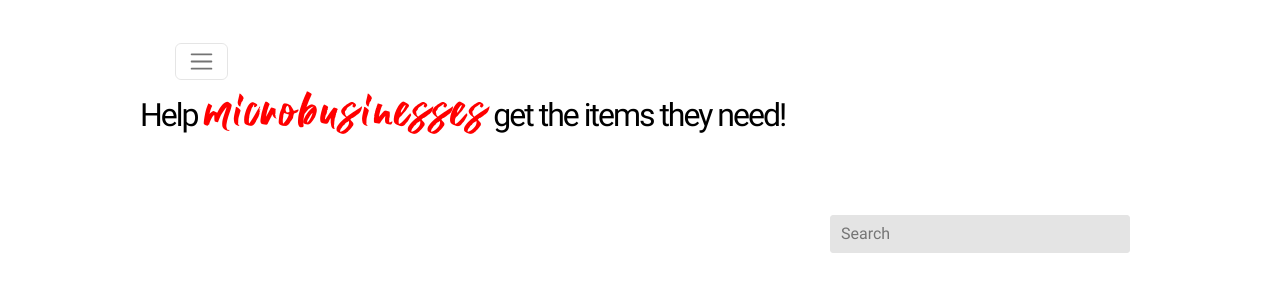
Repository: David-Waite/edableStyleChanges
Page: /
An editor plug-in stored every save of this project. The page is shown before and after the next save, followed by the edit.
The browser window is 1280 px wide. The pictures show the whole page.
The project was rebuilt for these pictures with package versions that can differ from the ones it lists, and the page was loaded fresh each time. Also part of the build but not shown: src/components/Item/ProgressBar.css, src/components/Volunteer/Volunteer.tsx, src/components/DonorForm/Message.css, src/components/Volunteer/VolunteerError.tsx, src/components/Default.tsx, src/components/DonorForm/Paypal.tsx, src/components/DonorForm/DonorForm.tsx, src/components/Organisation/Organisation.module.css and 9 more.

Above is the page before, as saved 2022-10-27 17:46:16.

### public/index.html
<!DOCTYPE html>
<html lang="en">
  <head>
    <meta charset="utf-8" />
    <link rel="icon" href="%PUBLIC_URL%/favicon.ico" />
    <meta name="viewport" content="width=device-width, initial-scale=1" />
    <meta name="theme-color" content="#000000" />
    <meta name="description" content="EdAble Donations System" />
    <link rel="apple-touch-icon" href="%PUBLIC_URL%/logo192.png" />
    <link rel="manifest" href="%PUBLIC_URL%/manifest.json" />
    <link
      rel="stylesheet"
      href="https://cdn.jsdelivr.net/npm/bootstrap@5.2.0-beta1/dist/css/bootstrap.min.css"
      integrity="sha384-0evHe/X+R7YkIZDRvuzKMRqM+OrBnVFBL6DOitfPri4tjfHxaWutUpFmBp4vmVor"
      crossorigin="anonymous"
    />
    <title>EdAble Donations</title>
  </head>
  <body>
    <noscript>You need to enable JavaScript to run this app.</noscript>
    <div id="root"></div>
  </body>
  <script src="./iframeResizer.contentWindow.min.js"></script>
</html>

### src/index.tsx
import React from 'react';
import ReactDOM from 'react-dom/client';
import './index.css';
import App from './App';
import reportWebVitals from './reportWebVitals';
import './fonts/Roboto/Roboto-Medium.ttf';
import './fonts/Lora/Lora-VariableFont_wght.ttf';

const root = ReactDOM.createRoot(
  document.getElementById('root') as HTMLElement
);
root.render(
  <React.StrictMode>
    <App />
  </React.StrictMode>
);

// If you want to start measuring performance in your app, pass a function
// to log results (for example: reportWebVitals(console.log))
// or send to an analytics endpoint. Learn more: https://bit.ly/CRA-vitals
reportWebVitals();

### src/index.css
body {
  margin: 0;
  -webkit-font-smoothing: antialiased;
  -moz-osx-font-smoothing: grayscale;
}

code {
  font-family: source-code-pro, Menlo, Monaco, Consolas, "Courier New",
    monospace;
}

* {
  box-sizing: border-box;
}

#page-wrap {
  padding-bottom: 10px;
  padding-top: 10px;
}
@font-face {
  font-family: "Roboto";
  src: local("Roboto"),
    url("./fonts/Roboto/Roboto-Medium.ttf") format("truetype");
}

@font-face {
  font-family: "Lora";
  src: local("Lora"),
    url("./fonts/Lora/Lora-VariableFont_wght.ttf") format("truetype");
}

@font-face {
  font-family: "black_stonealternative";
  src: local("blackStone"),
    url("./fonts/BlackStone/blackstone-alternative-webfont.woff") format("woff");
}

h1 {
  font-family: "Roboto";
  font-style: normal;
  font-weight: 700;
  font-size: 52px;
  line-height: 64px;
  /* identical to box height, or 123% */
  color: #000000;
}

h2 {
  font-family: "Lora";
  font-style: normal;
  font-weight: 700;
  font-size: 47px;
  line-height: 60px;
  /* identical to box height, or 128% */
  color: #f1f1f1;
}

h3 {
  font-family: "Lora";
  font-style: normal;
  font-weight: 700;
  font-size: 40px;
  line-height: 51px;
  color: #c4c4c4;
}

h4 {
  font-family: "Roboto";
  font-style: normal;
  font-weight: 700;
  font-size: 35px;
  line-height: 43px;
  /* identical to box height, or 123% */
  letter-spacing: 0.02em;
  color: #000000;
}

h5 {
  font-family: "Roboto";
  font-style: normal;
  font-weight: 700;
  font-size: 28px;
  line-height: 44px;
  /* identical to box height, or 157% */
  color: #000000;
}

h6 {
  font-family: "Roboto";
  font-style: normal;
  font-weight: 700;
  font-size: 21px;
  line-height: 25px;
  /* identical to box height */
  color: #000000;
}

body {
  font-family: "Roboto";
  font-style: normal;
  font-weight: 400;
  font-size: 21px;
  line-height: 32px;
  /* identical to box height, or 152% */
  color: #000000;
}

### src/App.tsx
import React from "react";
import "./App.css";
import { BrowserRouter, Routes, Route } from "react-router-dom";

import { PayPalScriptProvider } from "@paypal/react-paypal-js";
import Base from "./components/Base";
import Landing from "./components/Landing/Landing";
import Volunteer from "./components/Volunteer/Volunteer";
import VolunteerError from "./components/Volunteer/VolunteerError";
import Default from "./components/Default";
import Organisation from "./components/Organisation/Organisation";
import ItemPage from "./components/Item/ItemPage";
import Success from "./components/DonorForm/Success";
import Cancel from "./components/DonorForm/Cancel";
import PastDonations from "./components/DonorForm/PastDonations";
import PastItemDonations from "./components/DonorForm/PastItemDonations";
import DonateTime from "./components/Volunteer/DonateTime";

function App() {
  return (
    <PayPalScriptProvider
      options={{
        "client-id":
        process.env.REACT_APP_PAYPAL_CLIENT_ID||"ATT3Tn46NrmHggGqVC4mzWOZWlnbp2ID9DA0yQnhsgqPFIVPPlLhfSI_-atbZc3aN7n_k7wUVTyQJMnI",
        currency: "AUD",
      }}
    >
      <BrowserRouter>
        <Routes>
          <Route path="/" element={<Base />}>
            <Route path="/" element={<Landing />} />
            <Route path="volunteer" element={<Volunteer />} />
            <Route path="success" element={<Success />} />
            <Route path="organisation/:orgId" element={<Organisation />} />
            <Route path="cancel/:orgId" element={<Cancel />} />
            <Route path="volunteererror/:orgId" element={<VolunteerError />} />
            <Route path="organisation/:orgId" element={<PastDonations />} />
            <Route path="item/:orgID/:itemID" element={<ItemPage />} />
            <Route path="item/:orgID/:itemID" element={<PastItemDonations />} />
            <Route path="volunteer/organisation/:orgId" element={<DonateTime />} />
            <Route path="volunteer/success" element={<Success />} />

            {/* Using path="*"" means "match anything", so this route
                acts like a catch-all for URLs that we don't have explicit
              routes for. */}
            <Route path="*" element={<Default />} />
          </Route>
        </Routes>
      </BrowserRouter>
    </PayPalScriptProvider>
  );
}

export default App;

### src/App.css
.App {
  text-align: center;
}

.App-logo {
  height: 40vmin;
  pointer-events: none;
}

@media (prefers-reduced-motion: no-preference) {
  .App-logo {
    animation: App-logo-spin infinite 20s linear;
  }
}

.App-header {
  background-color: #282c34;
  min-height: 100vh;
  display: flex;
  flex-direction: column;
  align-items: center;
  justify-content: center;
  font-size: calc(10px + 2vmin);
  color: white;
}

.App-link {
  color: #61dafb;
}

@keyframes App-logo-spin {
  from {
    transform: rotate(0deg);
  }
  to {
    transform: rotate(360deg);
  }
}

.font-face-rob {
  font-family: "Roboto";
}

.font-face-lora {
  font-family: "Lora";
}

.font-face-Black {
  font-family: "black_stonealternative";
}

### src/components/Base.tsx
import { Outlet } from 'react-router-dom';

function BasePage() {
  return (
    <>
      {/* An <Outlet> renders whatever child route is currently active,
          so you can think about this <Outlet> as a placeholder for
        the child routes we defined above. */}
      <Outlet/>
    </>
  );
}

export default BasePage;

### src/components/Landing/Landing.tsx
import { useEffect, useState } from "react";
import "./Landing.css";
import { Link } from "react-router-dom";
import { db } from "../../config/firebase";
import { collection, query, onSnapshot, where } from "firebase/firestore";
import { Button, Container, Carousel, Row, Col } from "react-bootstrap";
import { ReactComponent as InclusionHero } from "./InclusionHero.svg";

import Sidebar from "./Sidebar";
import ItemsCollection from "./ItemsCollection";
import Organisation from "../Organisation/Organisation";

function Landing() {
  const [orgList, setOrgList] = useState<any>([]);

  // gets all the orgs from dbs
  useEffect(() => {
    const q = query(
      collection(db, "Organisations"),
      where("activeStatus", "==", true)
    );
    onSnapshot(q, (querySnapshot) => {
      // setOrgList dumps all the orgs in orgList
      setOrgList(
        querySnapshot.docs.map((doc) => ({
          id: doc.id,
          data: doc.data(),
        }))
      );
    });
  }, []);

  useEffect(() => {
    window.scrollTo(0, 0);
  }, []);

  return (
    //   these lines set up the format of the page
    <>
      <div className="landing">
        {/* Burger menu */}
        <div className="navBarContainer">
          <Sidebar orgList={orgList} />
        </div>

        <div className="App" id="outer-container">
          {/* Carousel */}
          <Container>
            <Row>
              <Col>
                <div className="carouselContainer">
                  <Carousel
                    touch={true}
                    interval={4000}
                    indicators={true}
                    variant="light"
                  >
                    {orgList.map((org: any) => (
                      <Carousel.Item
                        key={org.id.toString()}
                        style={{
                          textAlign: "left",
                        }}
                      >
                        <Link
                          to={`organisation/${org.id}`}
                          style={{
                            textDecoration: "none",
                            color: "black",
                          }}
                        >
                          {/* this div contains the carousel item's contents and makes the whole carousel item a link (based on link tag above) */}
                          <div
                            className="carousel-contents"
                            style={{ backgroundImage: `url(${org.data.img})` }}
                          >
                            <h2 className="title">{org.data.name}</h2>
                            <div className="carousel-contents-bottom">
                              <p className="orgSummary">{org.data.summary}</p>
                              <Button
                                className="btnContribute"
                                variant="warning"
                              >
                                <div>
                                  CONTRIBUTE TO
                                  <span>{org.data.name.toUpperCase()}</span>!
                                </div>
                              </Button>
                            </div>
                          </div>
                        </Link>
                      </Carousel.Item>
                    ))}
                  </Carousel>
                </div>
              </Col>
            </Row>
          </Container>
        </div>

        <ItemsCollection orgList={orgList} />
      </div>
    </>
  );
}

export default Landing;

### src/components/Landing/Landing.css
.carousel-control-next,
.carousel-control-prev {
  width: 10%;
}

/* .landing {
  background-color: #ffffd9;
} */

.landing {
  max-width: 1000px;
  padding-top: 20px;
  margin: 0 auto 90px;
}

.title {
  font-size: 33px;
  font-family: sans-serif;
  height: auto;
  margin-bottom: 0px;
}

.header {
  /* margin-top: 15px;
  margin-left: 20px;
  margin-right: 20px; */
  padding-left: 3vw;
  padding-right: 3vw;
  /* padding-bottom: 20px; */
  padding-top: 3vh;
  background-color: black;
}

.star {
  height: 200px;
  width: 400px;
  display: block;
  margin: auto;
}

.col {
  padding: 0;
}

@media screen and (min-width: 100px) {
  h1 {
    font-size: calc(20px + 8vw);
  }

  h3 {
    font-size: calc(15px + 0.8vw);
  }

  p {
    font-size: calc(8px + 1vw);
    font-weight: 250;
  }
}

.navBarContainer {
  margin-left: 30px;
  margin-top: 10px;
  position: absolute;
  color: white;
}

.carousel {
  /* margin: 3px; */
  /* border-radius: 30px; */

  color: white;
  /* height: ; */
}

.carousel-contents {
  display: flex;

  flex-direction: column;
  justify-content: flex-end;

  padding: 10px 25px;
  color: white;
  height: 500px;
}

.carousel-indicators {
  margin-bottom: 10px;
}

.carousel-contents-bottom {
  display: flex;
  align-items: center;
  justify-content: space-between;
  gap: 20px;

  margin-bottom: 30px;
}

.btnContribute {
  background-color: #e50040;
  color: white;
  border: none;
  border-radius: 3px;
  padding: 10px 15px;
}

.btnContribute span {
  margin-left: 3px;
  font-size: 16px;
  font-weight: 400;
  color: white;
}

.btnContribute div {
  width: 300px;
  font-size: 16px;
  font-weight: 400;
  margin: 0;
}

.btnContribute:hover {
  background-color: #d4033e;
  color: white;
}

.orgSummary {
  font-size: 16px;
  line-height: 25px;
}

.imgCarousel {
  width: 100%;
  height: 600px;
}
@media screen and (max-width: 770px) {
  .btnContribute {
    font-size: 17px;
    color: white;
  }
  .btn {
    --bs-btn-line-height: 1.75;
  }
}

@media screen and (max-width: 500px) {
  .star {
    height: 150px;
    width: 300px;
  }
  .btnContribute {
    font-size: 15px;
  }
}
@media screen and (max-width: 400px) {
  .btnContribute {
    font-size: 13px;
  }
  .btn {
    --bs-btn-line-height: 1;
  }
}
@media screen and (max-width: 340px) {
  .star {
    height: 100px;
    width: 200px;
  }
  h2 {
    font-size: 20px;
  }
  .orgSummary {
    font-size: 15px;
  }
  .imgCarousel {
    width: 150px;
    height: 150px;
  }
}
@media screen and (max-width: 340px) {
  .navBarContainer {
    margin-left: 20px;
  }
}

/* #carousel-indicators {
    color:rgb(17, 0, 61)
} */

/* Button {
  font-size: x-small;




   <img
                              className="imgCarousel"
                              src={org.data.img}
                              alt={`${org.data.name}` + "'s logo"}
                            />
} */

### src/config/firebase.js
import { initializeApp } from "firebase/app";
import { getFirestore } from "firebase/firestore";
import { initializeAppCheck, ReCaptchaV3Provider } from "firebase/app-check";

const firebaseConfig = {
  apiKey: "AIzaSyDs6EtNxxw7Q9vqGTd9EFzCkpK4aQ9u_dY",
  authDomain: "edable-swinburne.firebaseapp.com",
  projectId: "edable-swinburne",
  storageBucket: "edable-swinburne.appspot.com",
  messagingSenderId: "217658206897",
  appId: "1:217658206897:web:529a69fce1bf349d7ad090",
  measurementId: "G-2R2MP9QZ9F",
};

// Initialize Firebase
const app = initializeApp(firebaseConfig);
const db = getFirestore(app);

// app check
const appCheck = initializeAppCheck(app, {
  provider: new ReCaptchaV3Provider("6LcACHkiAAAAAI-dIVsdXLO9-vrCICsqM5sRRjbJ"),
  isTokenAutoRefreshEnabled: true,
});

export { db };

### src/components/Landing/Sidebar.tsx
import { useState, useEffect } from "react";
import { query, onSnapshot, collection, where } from "firebase/firestore";
import { db } from "../../config/firebase";
import { Link } from "react-router-dom";
import Navbar from "react-bootstrap/Navbar";
import Offcanvas from "react-bootstrap/Offcanvas";

type SidemenuProps = {
  pageWrapId: string;
  outerContainerId: string;
};

function Sidebar(props: any) {
  const [search, setSearch] = useState<string>("");

  const handleChange = (e: React.ChangeEvent<HTMLInputElement>) => {
    setSearch(e.target.value);
  };

  const filteredOrganisations = props.orgList.filter((Organisations: any) =>
    Organisations.data.name.toLowerCase().includes(search.toLowerCase())
  );
  return (
    <>
      <Navbar expand={false}>
        <Navbar.Toggle aria-controls={`offcanvasNavbar-expand`} />
        <Navbar.Offcanvas
          id={`offcanvasNavbar-expand`}
          aria-labelledby={`offcanvasNavbarLabel-expand`}
        >
          <Offcanvas.Header closeButton>
            <Offcanvas.Title
              id={`offcanvasNavbarLabel-expand`}
              style={{
                fontSize: "20px",
              }}
            >
              Social-enterprises supported by EdAble
            </Offcanvas.Title>
          </Offcanvas.Header>
          <Offcanvas.Body>
            <input type="text" onChange={handleChange} placeholder="Search" />
            {filteredOrganisations.map((Organisation: any) => (
              <Link
                style={{
                  textDecoration: "none",
                  color: "black",
                }}
                to={`organisation/${Organisation.id}`}
                key={Organisation.id}
              >
                <br />
                <div>{Organisation.data.name}</div>
              </Link>
            ))}
          </Offcanvas.Body>
        </Navbar.Offcanvas>
      </Navbar>
    </>
  );
}

export default Sidebar;

### src/components/Landing/ItemsCollection.tsx
import { useState, useEffect } from "react";
import {
  collectionGroup,
  query,
  onSnapshot,
  collection,
  where,
  getDocs,
} from "firebase/firestore";
import { db } from "../../config/firebase";
import Card from "react-bootstrap/Card";
import ProgressBar from "react-bootstrap/ProgressBar";
import { Link } from "react-router-dom";
import styles from "./ItemsCollection.module.css";
import "../Item/ProgressBar.css";

function ItemsCollection(props: any) {
  const [itemList, setItemList] = useState<any>([]);
  const [search, setSearch] = useState<string>("");

  useEffect(() => {
    const q = query(
      collectionGroup(db, "Items"),
      where("activeStatus", "==", true)
    );

    onSnapshot(q, async (querySnapshot) => {
      setItemList(
        querySnapshot.docs.map((doc) => ({
          id: doc.id,
          data: doc.data(),
          parentDoc: doc.ref.parent.parent?.id,
        }))
      );
    });
  }, []);

  function mergeLists() {
    const mergeList: any = [];
    itemList.map((item: any) => {
      props.orgList.map((org: any) => {
        if (item.parentDoc === org.id) {
          if (item.data.activeStatus === true) {
            mergeList.push({
              ...item,
              orgName: org.data.name,
              orgActiveStatus: org.data.activeStatus,
            });
          }
        }
      });
    });
    return mergeList;
  }

  const mergeList = mergeLists();

  const handleChange = (e: React.ChangeEvent<HTMLInputElement>) => {
    setSearch(e.target.value);
  };
  const filteredItems = mergeList.filter((item: any) =>
    item.data.name.toLowerCase().includes(search.toLowerCase())
  );
  return (
    <>
      <div className={styles.containerDiv}>
        <h2 className={styles.title}>
          Help <span>microbusinesses</span> get the items they need!
        </h2>
        <div
          className={styles.searchBar}
          style={{
            borderRadius: "3px",
            display: "flex",
            alignItems: "right",
            justifyContent: "right",
          }}
        >
          <input
            style={{ fontSize: "16px" }}
            className={styles.input}
            type="text"
            onChange={handleChange}
            placeholder="Search"
          />
        </div>

        <div className={styles.cardParentDiv}>
          {filteredItems.map((item: any) => (
            <div key={item.id.toString()} className={styles.cards}>
              <img src={item.data.img} alt={`Image of  ${item.data.name}`} />
              <div className={styles.cardBody}>
                <div>
                  <h3 className={styles.cardTitle}>
                    {item.orgName}:
                    <br />
                    <span>{item.data.name}</span>
                  </h3>

                  <p className={styles.cardDes}>{item.data.summary}</p>
                </div>

                <div className={styles.bottomHalfCard}>
                  <ProgressBar
                    striped
                    now={
                      item.data.totalDonationsValue
                        ? (item.data.totalDonationsValue /
                            item.data.initialPrice) *
                          100
                        : 0
                    }
                    label={`${Math.round(
                      (item.data.totalDonationsValue / item.data.initialPrice) *
                        100
                    )}%`}
                  />
                  <Link
                    style={{
                      textDecoration: "none",
                      color: "black",
                    }}
                    to={`item/${item.parentDoc}/${item.id}`}
                  >
                    <div className={styles.btn}>DONATE NOW!</div>
                  </Link>
                </div>
              </div>
            </div>
          ))}
        </div>
      </div>
    </>
  );
}

export default ItemsCollection;

### src/components/Landing/ItemsCollection.module.css
.containerDiv {
  /* background-color: rgb(212, 238, 249); */
  border-radius: 40px;
}

.searchBar {
  border-radius: 3px !important;
  padding: 0;
}
.title {
  font-size: 32px;
  color: black;
  font-family: "Roboto";
  margin-top: 60px;
  margin-bottom: 60px;
  font-weight: 500;
  letter-spacing: -2px;
}

.title span {
  font-family: "black_stonealternative";
  margin-left: 0px;
  margin-right: 0px;
  font-size: 55px;
  letter-spacing: 3px;
  font-weight: 100;
}

.input {
  margin: 10px;
  width: 300px;
  border-radius: 3px;
  padding: 2px 10px;
}

.cardParentDiv {
  display: grid;
  grid-template-columns: 1fr 1fr 1fr;
  gap: 30px;
}

.bottomHalfCard {
  align-self: end;
}
.cardParentDiv img {
  width: 100%;
  height: 180px;
  object-fit: cover;
  padding: 0;
  margin: 0;
}

.cardTitle {
  font-size: 18px;
  color: black;
  font-family: sans-serif;
  height: auto;
  line-height: 25px;
}

.cardTitle span {
  color: #e50040;
}

.cardDes {
  height: 60px;
  margin-top: 0px;
  color: rgb(29, 29, 29);
  font-size: 16px;
  letter-spacing: 0.1px;
  line-height: 16px;
  font-weight: 400;
}

.btn {
  text-decoration: none;
  color: white;
  display: flex;
  align-items: center;
  justify-content: center;
  height: 40px;
  margin-top: 10px;
  margin-bottom: -15px;
  text-align: center;
  border-radius: 3px;
  font-size: 16px;
  font-weight: 400;

  background-color: #5e17a9;
}

.cardBody {
  padding: 10px 10px 30px 10px;
}

.cards {
  border-radius: 3px;
  border: none;
  background-color: #f4f4f4;
}

@media (max-width: 1200px) {
  .cards {
    flex: 25%;
  }
}
@media (max-width: 1000px) {
  .cards {
    flex: 42%;
  }
  .input {
    width: 30%;
  }
}
@media (max-width: 768px) {
  .cards {
    flex: 75%;
  }
  .input {
    width: 50%;
  }
}
@media (max-width: 630px) {
  .cards {
    flex: 100%;
  }
  .input {
    width: 70%;
  }
}
@media (max-width: 500px) {
  .input {
    width: 100%;
  }
  .containerDiv {
    padding: 15px;
  }
  .cards {
    margin-left: 0px;
    margin-right: 0px;
    box-shadow: 4px 4px 13px -4px #3f3f3f;
  }
  .itemImg {
    width: 175px;
    height: 175px;
  }
}

### src/components/DonorForm/DonorForm.css
.donorInfoContainer, .VolunteerInfoContainer {
  border-radius: 10px;
  border: 1px solid rgb(215, 215, 215);
  padding: 30px;
  min-width: 500px;
  max-width: 60%;
  background-color: white;
  display: flex;
  justify-content: center;
}

.presetButtons {
  display: flex;
  align-items: center;
  justify-content: center;
}

label {
  font-size: small;
  color: rgb(46, 46, 46);
}

input, select {
  display: block;
  box-sizing: border-box;
  width: 100%;
  border-radius: 3px;
  border: 1px solid #e4e4e4;
  padding: 10px 10px;
  margin-bottom: 1px;
  font-size: 12px;
  background-color: #e4e4e4;
}

span {
  font-size: large;
  color: red;
}

.proceedPayBtn {
  color: white;
  background-color: #FF7000;
  border-color: #FF7000;
}

button {
  border-radius: 4px;
  border: 1px solid rgb(215, 215, 215);
  padding: 5px 10px;
  font-size: 14px;
  margin: 5px;
  color:white;
  background-color: #FF7000;
  border-color: #FF7000;
}

button[type='submit'],
input[type='submit'] {
  background: #ec598f;
  color: white;
  text-transform: uppercase;
  border: none;
  margin-top: 40px;
  padding: 10px;
  font-size: 16px;
  font-weight: 400;
  letter-spacing: 10px;
}

button[type='submit']:hover,
input[type='submit']:hover {
  background: #bf1650;
}

@media screen and (max-width: 630px) {
  .donorInfoContainer, .VolunteerInfoContainer{
    width: calc(100vw - 30px);
    min-width:0px;
    max-width: 100%;
  }
}
@media screen and (max-width: 310px) {
  .donorInfoContainer, .VolunteerInfoContainer{
    padding:10px;
    padding-top: 30px;
  }
}
/* .volunteerOrgInfo{
  display: none;
} */
.DOB{
  display: block;
}
/* #isOrg:checked + .volunteerOrgInfo {
  display: block;
} */
#isOrg:checked ~ .DOB {
  display: none;
}

Loaded but not shown: src/reportWebVitals.ts (common file); public/iframeResizer.contentWindow.min.js (library)

After the next save:
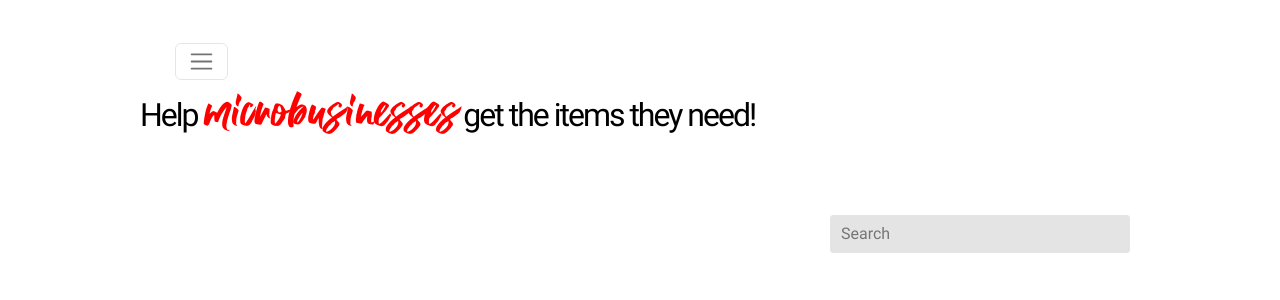
Saved 4 s later.
--- a/src/components/Landing/ItemsCollection.module.css
+++ b/src/components/Landing/ItemsCollection.module.css
@@ -22,7 +22,7 @@
   margin-left: 0px;
   margin-right: 0px;
   font-size: 55px;
-  letter-spacing: 3px;
+  letter-spacing: 1px;
   font-weight: 100;
 }
 
